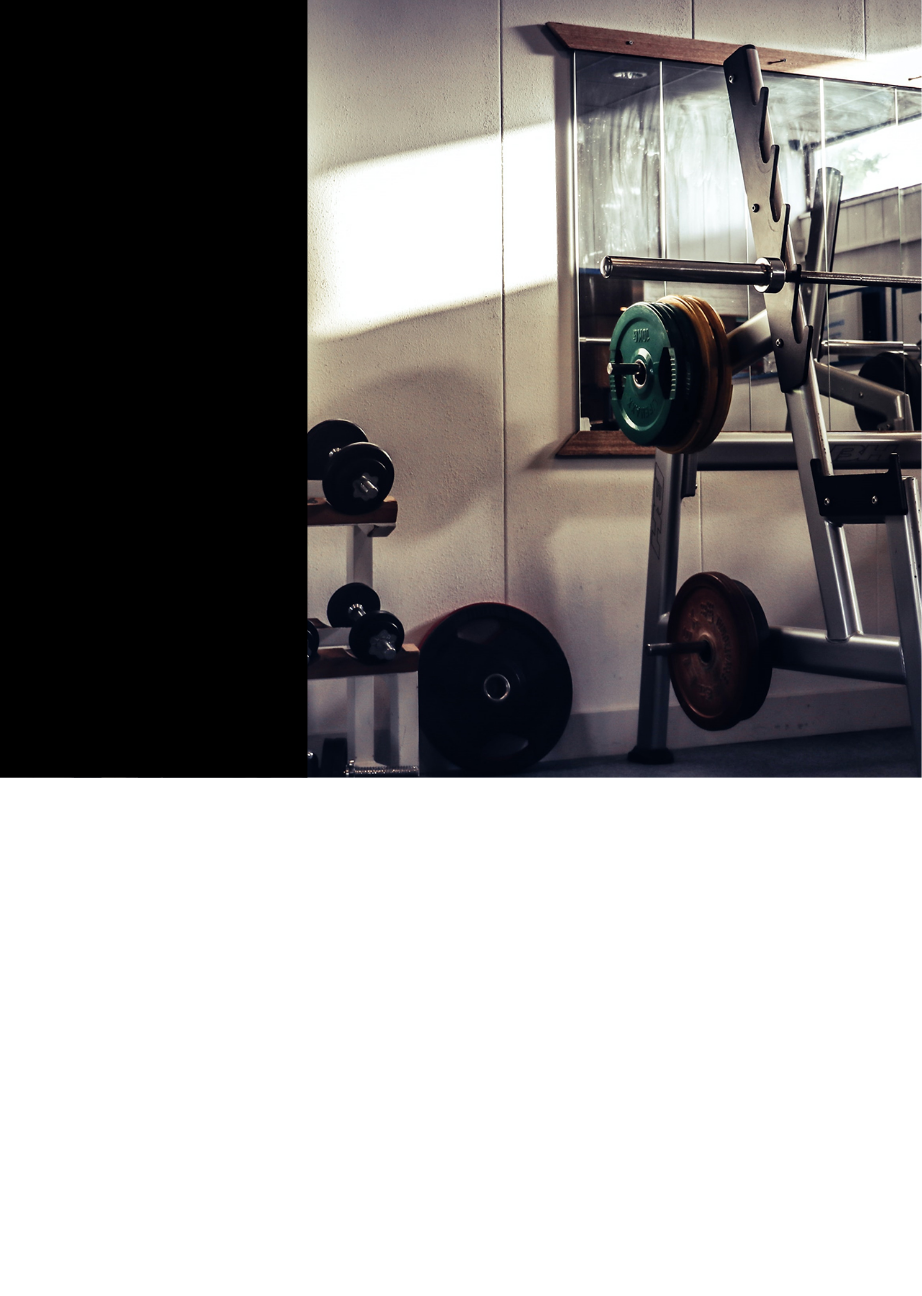
Repository: Mini-T/php-propre
Page: http://localhost/
The author's editor kept a copy of each file at every save. The page is drawn from the files as they stood at one save, then again after the next save.
The browser window is 1280 px wide. The pictures show the whole page, at 72% of full size.
The page is run by PHP 8.4 with error messages shown; the project is at /var/www/html/.

Above is the page before, as saved 2021-03-25 11:02:25.

After the next save:
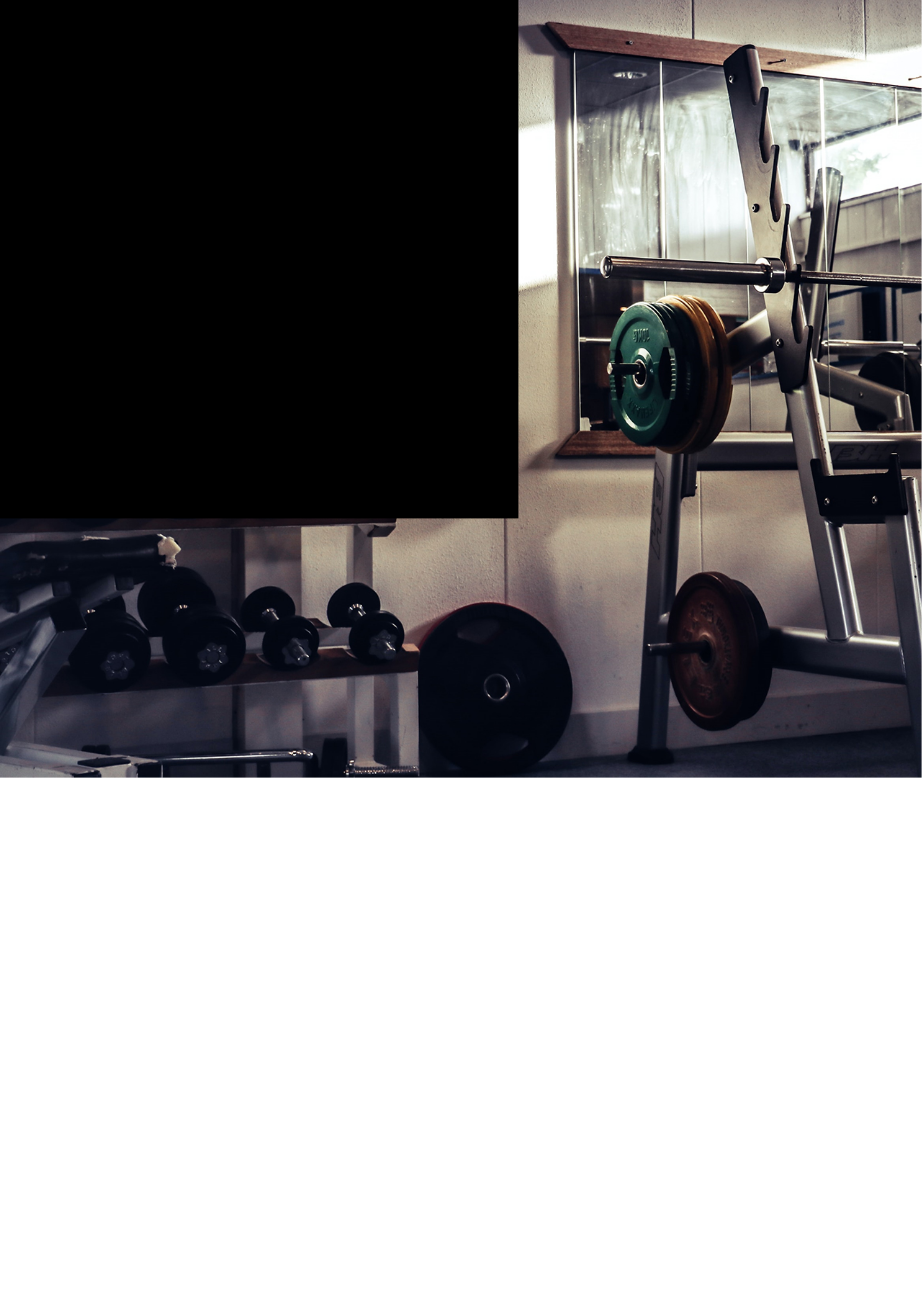
Saved 16 s later.
--- a/Partiel/main.css
+++ b/Partiel/main.css
@@ -79,6 +79,8 @@ a{
     align-content: flex-end;
 }
 #overlay {
+    height: 100vh;
+    width: 100vh;
     max-height: 1080px;
     max-width: 1920px;;
     background-color: black;
